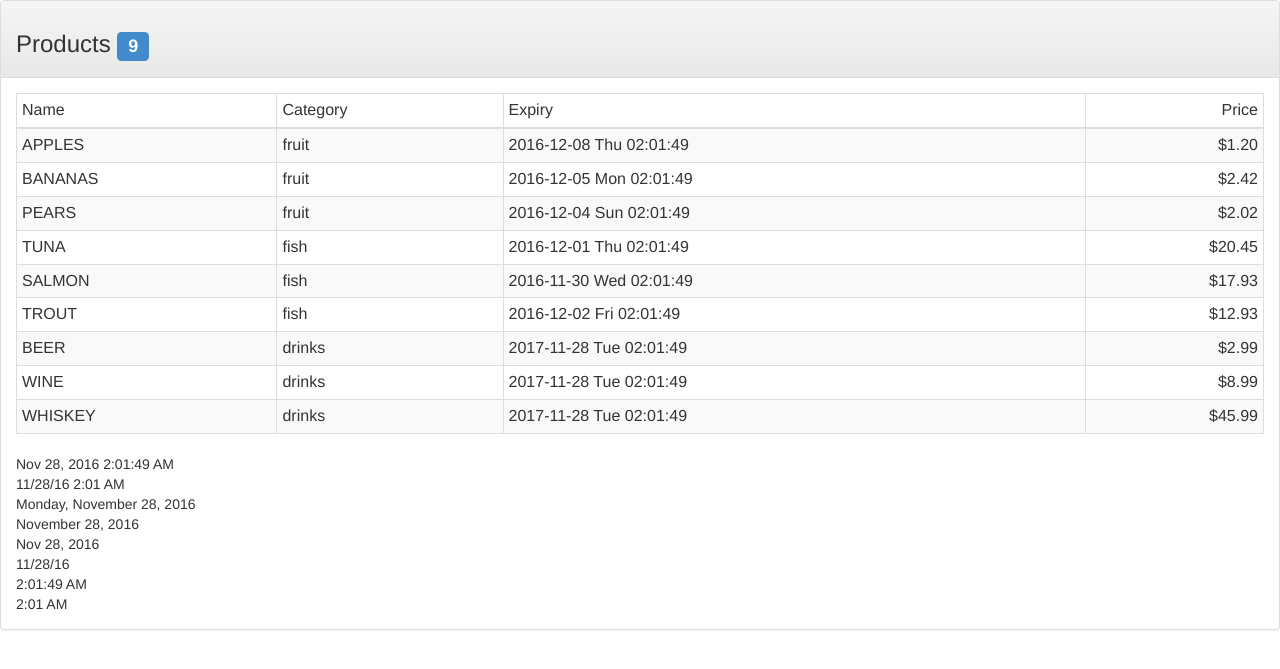
Repository: chisun-joung/workplace
Page: angularJS/WebContent/Chap14_Filter_CustomFilter/P404_Filter.html
These files come from the project's save history. The page is drawn as it stood at one moment and after the next save; the edit follows.
The browser window is 1280 px wide. The pictures show the whole page.
Some web libraries are served in a nearby version.

Above is the page before, as saved 2016-11-29 04:34:15.

After the next save:
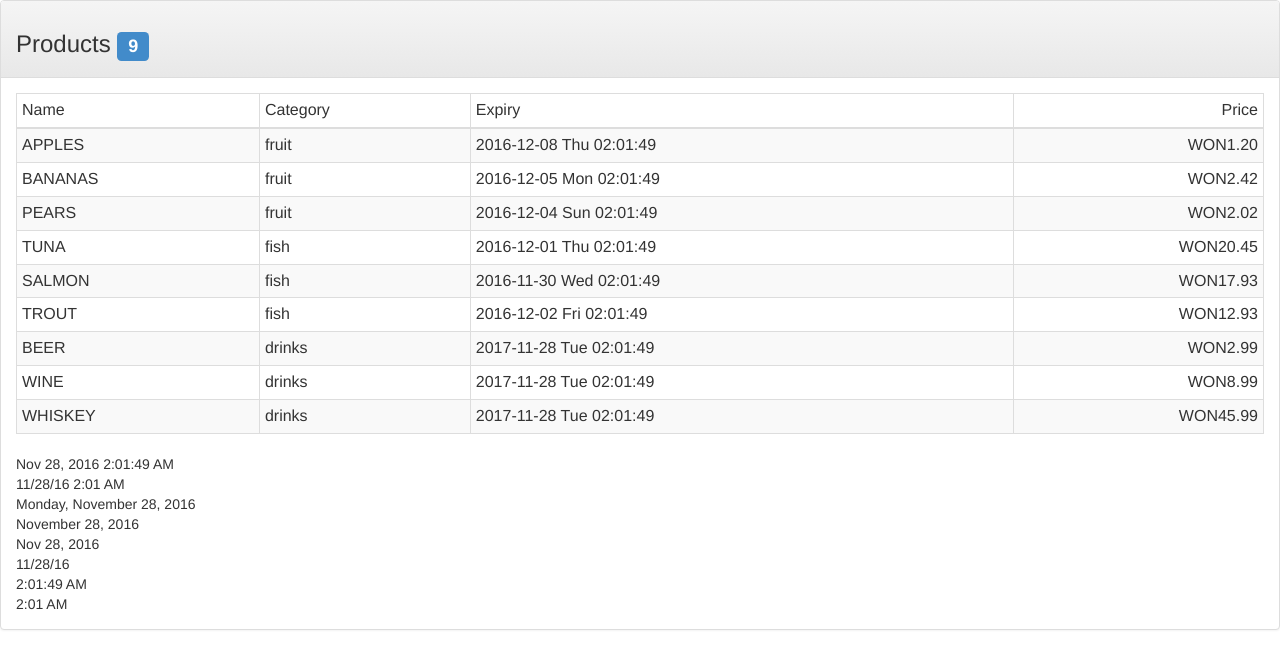
Saved 19 s later.
--- a/angularJS/WebContent/Chap14_Filter_CustomFilter/P404_Filter.html
+++ b/angularJS/WebContent/Chap14_Filter_CustomFilter/P404_Filter.html
@@ -54,7 +54,7 @@
 						<td>{{p.name | uppercase}}</td>
 						<td>{{p.category | lowercase}}</td>
 						<td>{{setDate(p.expiry) | date: 'yyyy-MM-dd EEE hh:mm:ss'}}</td>
-						<td class="text-right">{{p.price | currency}}</td>
+						<td class="text-right">{{p.price | currency: 'WON'}}</td>
 					</tr>
 				</tbody>
 			</table>
